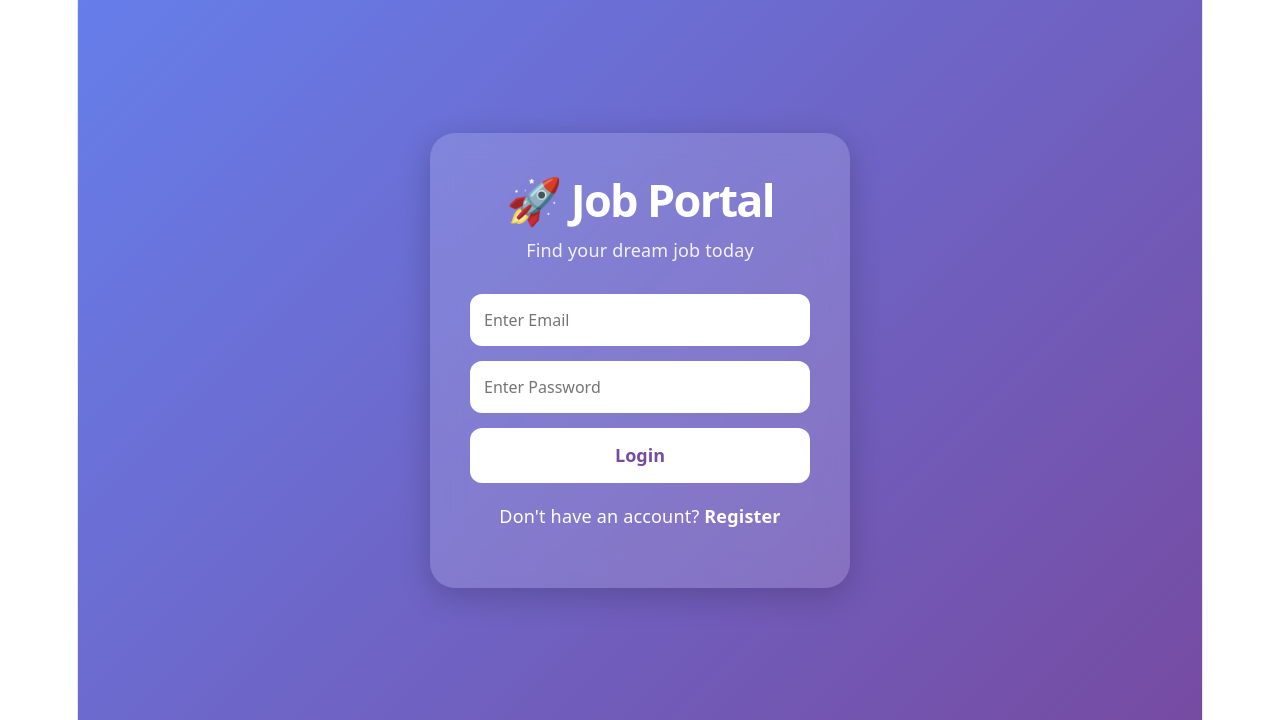
Repository: vijaymp1214/Job-Portal-Management-System
Page: / (app in frontend/)
An editor plug-in stored every save of this project. The page is shown before and after the next save, followed by the edit.
The browser window is 1280 px wide. The pictures show the whole page.
The project was rebuilt for these pictures with package versions that can differ from the ones it lists, and the page was loaded fresh each time. Also part of the build but not shown: frontend/vite.config.js, frontend/src/pages/Register.jsx.

Above is the page before, as saved 2026-05-30 13:33:09.

### frontend/index.html
<!doctype html>
<html lang="en">
  <head>
    <meta charset="UTF-8" />
    <link rel="icon" type="image/svg+xml" href="/favicon.svg" />
    <meta name="viewport" content="width=device-width, initial-scale=1.0" />
    <title>jobportal-frontend</title>
  </head>
  <body>
    <div id="root"></div>
    <script type="module" src="/src/main.jsx"></script>
  </body>
</html>

### frontend/src/index.css
:root {
  --text: #6b6375;
  --text-h: #08060d;
  --bg: #fff;
  --border: #e5e4e7;
  --code-bg: #f4f3ec;
  --accent: #aa3bff;
  --accent-bg: rgba(170, 59, 255, 0.1);
  --accent-border: rgba(170, 59, 255, 0.5);
  --social-bg: rgba(244, 243, 236, 0.5);
  --shadow:
    rgba(0, 0, 0, 0.1) 0 10px 15px -3px, rgba(0, 0, 0, 0.05) 0 4px 6px -2px;

  --sans: system-ui, 'Segoe UI', Roboto, sans-serif;
  --heading: system-ui, 'Segoe UI', Roboto, sans-serif;
  --mono: ui-monospace, Consolas, monospace;

  font: 18px/145% var(--sans);
  letter-spacing: 0.18px;
  color-scheme: light dark;
  color: var(--text);
  background: var(--bg);
  font-synthesis: none;
  text-rendering: optimizeLegibility;
  -webkit-font-smoothing: antialiased;
  -moz-osx-font-smoothing: grayscale;

  @media (max-width: 1024px) {
    font-size: 16px;
  }
}

@media (prefers-color-scheme: dark) {
  :root {
    --text: #9ca3af;
    --text-h: #f3f4f6;
    --bg: #16171d;
    --border: #2e303a;
    --code-bg: #1f2028;
    --accent: #c084fc;
    --accent-bg: rgba(192, 132, 252, 0.15);
    --accent-border: rgba(192, 132, 252, 0.5);
    --social-bg: rgba(47, 48, 58, 0.5);
    --shadow:
      rgba(0, 0, 0, 0.4) 0 10px 15px -3px, rgba(0, 0, 0, 0.25) 0 4px 6px -2px;
  }

  #social .button-icon {
    filter: invert(1) brightness(2);
  }
}

body {
  margin: 0;
}

#root {
  width: 1126px;
  max-width: 100%;
  margin: 0 auto;
  text-align: center;
  border-inline: 1px solid var(--border);
  min-height: 100svh;
  display: flex;
  flex-direction: column;
  box-sizing: border-box;
}

h1,
h2 {
  font-family: var(--heading);
  font-weight: 500;
  color: var(--text-h);
}

h1 {
  font-size: 56px;
  letter-spacing: -1.68px;
  margin: 32px 0;
  @media (max-width: 1024px) {
    font-size: 36px;
    margin: 20px 0;
  }
}
h2 {
  font-size: 24px;
  line-height: 118%;
  letter-spacing: -0.24px;
  margin: 0 0 8px;
  @media (max-width: 1024px) {
    font-size: 20px;
  }
}
p {
  margin: 0;
}

code,
.counter {
  font-family: var(--mono);
  display: inline-flex;
  border-radius: 4px;
  color: var(--text-h);
}

code {
  font-size: 15px;
  line-height: 135%;
  padding: 4px 8px;
  background: var(--code-bg);
}

### frontend/src/App.jsx
import { BrowserRouter, Routes, Route } from "react-router-dom";

import Login from "./pages/Login";
import Register from "./pages/Register";

function App() {
  return (
    <BrowserRouter>
      <Routes>
        <Route path="/" element={<Login />} />
        <Route path="/register" element={<Register />} />
      </Routes>
    </BrowserRouter>
  );
}

export default App;

### frontend/src/pages/Login.jsx
import "../styles/Login.css";
import { Link } from "react-router-dom";
function Login() {
  return (
    <div className="login-container">

      <div className="login-card">

        <h1 className="logo">
          🚀 Job Portal
        </h1>

        <p className="subtitle">
          Find your dream job today
        </p>

        <input
          type="email"
          placeholder="Enter Email"
          className="custom-input"
        />

        <input
          type="password"
          placeholder="Enter Password"
          className="custom-input"
        />

        <button className="login-btn">
          Login
        </button>

        <p className="register-text">
          Don't have an account?
          <span> Register</span>
        </p>

      </div>

    </div>
  );
}

export default Login;

### frontend/src/styles/Login.css
*{
    margin:0;
    padding:0;
    box-sizing:border-box;
}

.login-container{
    width:100%;
    min-height:100vh;

    display:flex;
    justify-content:center;
    align-items:center;

    background:linear-gradient(
        135deg,
        #667eea,
        #764ba2
    );

    padding:20px;
}

.login-card{

    width:100%;
    max-width:420px;

    padding:40px;

    border-radius:25px;

    background:rgba(255,255,255,0.15);

    backdrop-filter:blur(15px);

    box-shadow:
    0 8px 32px rgba(0,0,0,0.2);

    text-align:center;

    color:white;
}

.logo{
    margin-bottom:10px;
    font-weight:bold;
}

.subtitle{
    margin-bottom:30px;
    opacity:0.9;
}

.custom-input{

    width:100%;

    padding:14px;

    margin-bottom:15px;

    border:none;

    border-radius:12px;

    outline:none;

    font-size:16px;
}

.login-btn{

    width:100%;

    padding:14px;

    border:none;

    border-radius:12px;

    background:white;

    color:#764ba2;

    font-weight:bold;

    cursor:pointer;

    transition:0.3s;
}

.login-btn:hover{
    transform:translateY(-2px);
}

.register-text{
    margin-top:20px;
}

.register-text span{
    font-weight:bold;
    cursor:pointer;
}

Loaded but not shown: frontend/src/main.jsx (common file)

After the next save:
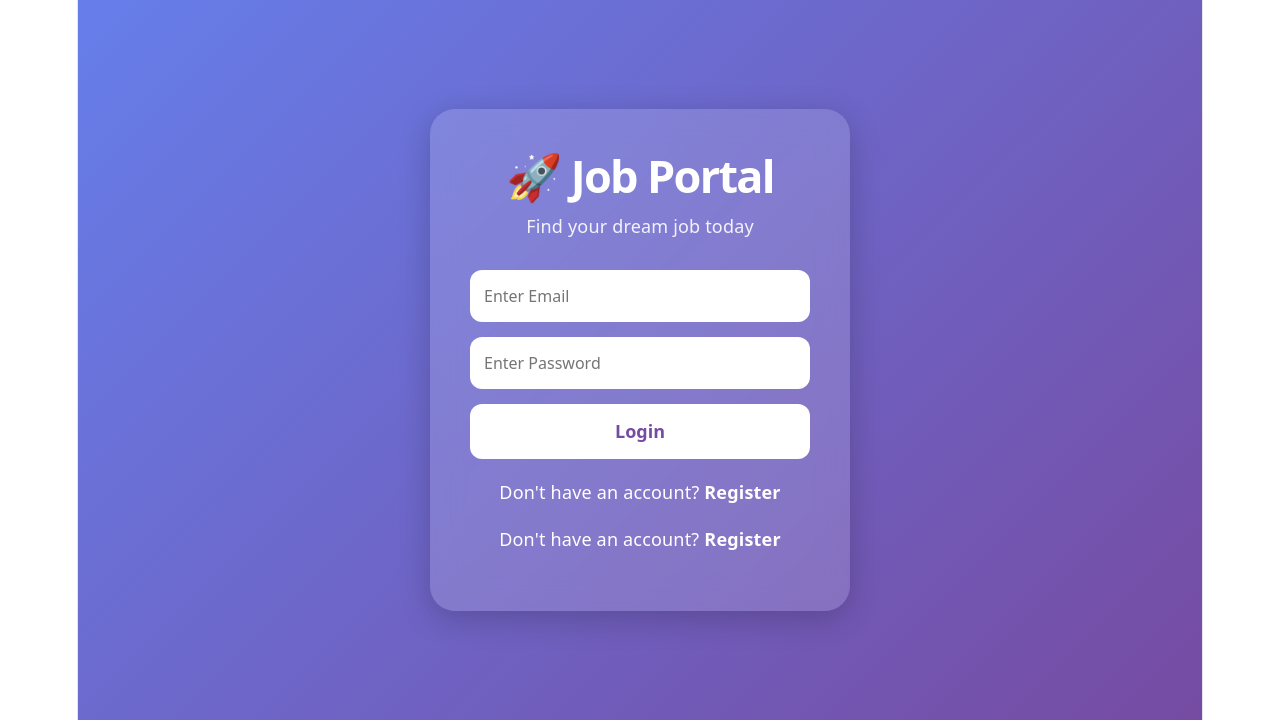
Saved 66 s later.
--- a/frontend/src/pages/Login.jsx
+++ b/frontend/src/pages/Login.jsx
@@ -34,6 +34,20 @@ function Login() {
           Don't have an account?
           <span> Register</span>
         </p>
+       <p className="register-text">
+         Don't have an account?
+         <Link
+        to="/register"
+        style={{
+           color: "white",
+           textDecoration: "none",
+           fontWeight: "bold",
+           marginLeft: "5px"
+      }}
+     >
+       Register
+     </Link>
+  </p>
 
       </div>
 
